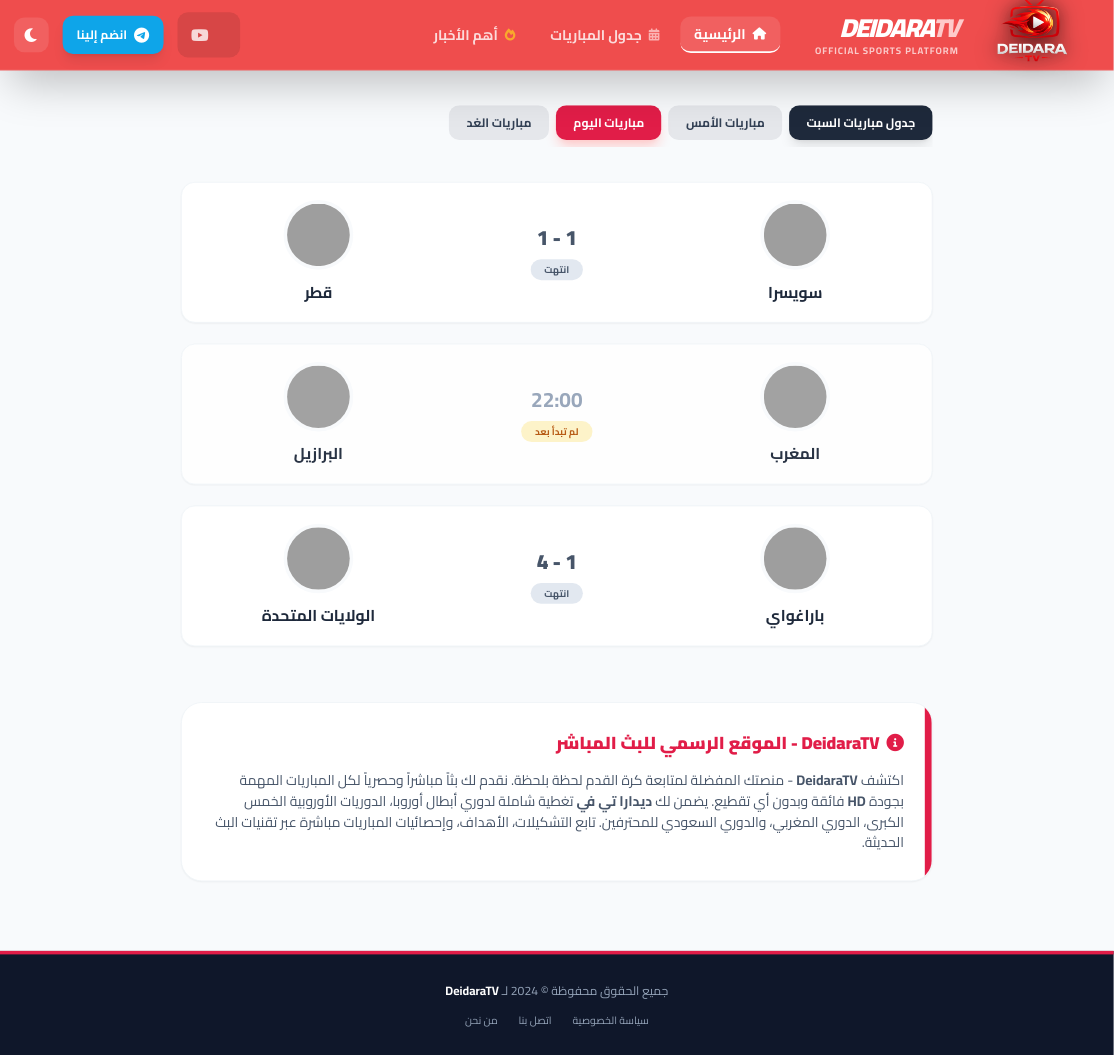
Repository: zakariax05/deidaraTV
Page: index.html
The author's editor kept a copy of each file at every save. The page is drawn from the files as they stood at one save, then again after the next save.
The browser window is 1280 px wide. The pictures show the whole page, at 87% of full size.
Pictures or frames that could not be fetched are drawn as grey boxes. Some web libraries are served in a nearby version.

Above is the page before, as saved 2026-06-14 02:24:20.

After the next save:
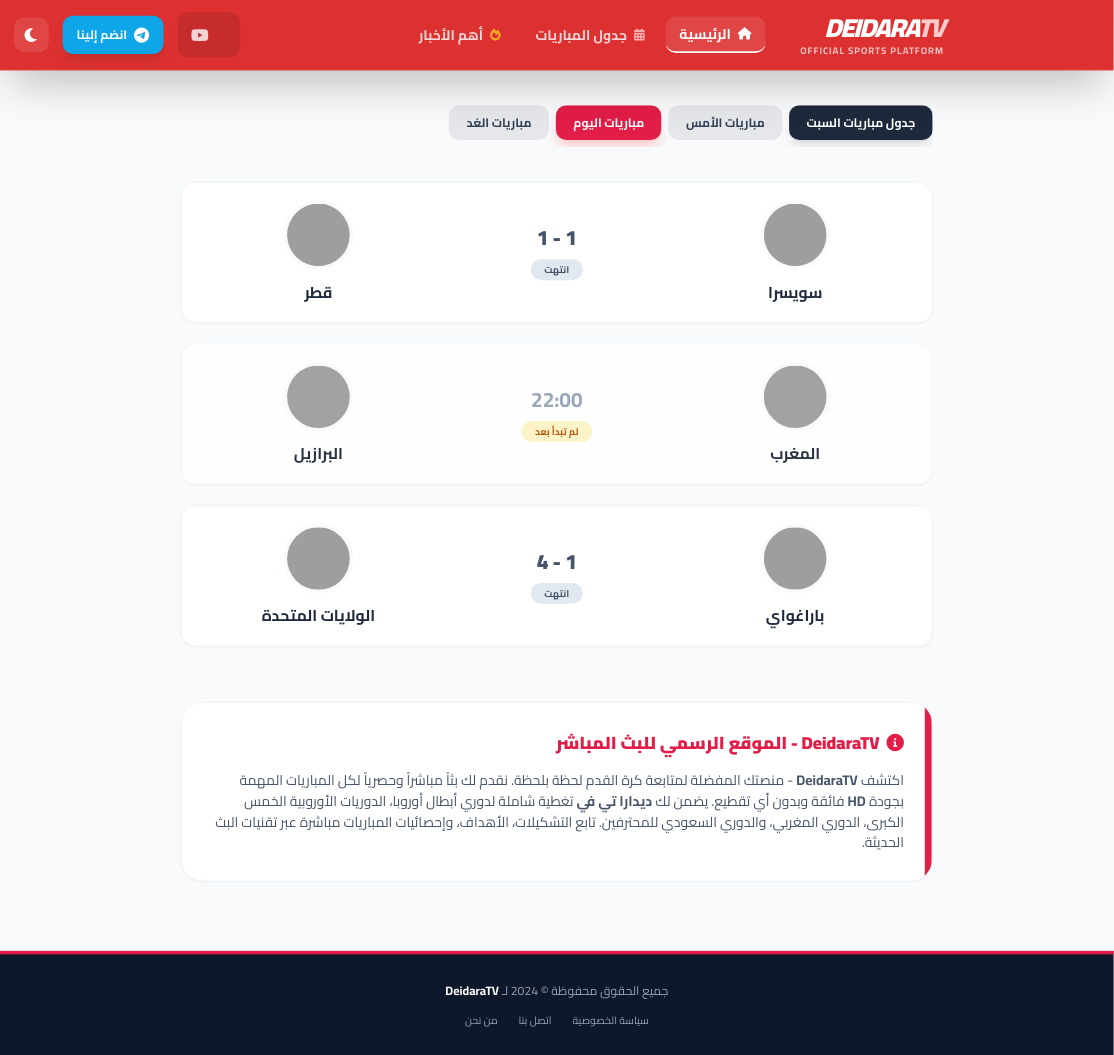
Not found: imgs/logo-deidaratv-badge.png
Saved 41 s later.
--- a/index.html
+++ b/index.html
@@ -43,7 +43,7 @@
   <!-- Header / الهيدر -->
   <!-- الهيدر المطور للرئيسية - DeidaraTV -->
   <header
-    class="bg-red-500 text-white shadow-2xl sticky top-0 z-[100] backdrop-blur-md bg-opacity-95 border-b border-white/10">
+    class="bg-red-600 text-white shadow-2xl sticky top-0 z-[100] backdrop-blur-md bg-opacity-95 border-b border-white/10">
     <div class="container mx-auto px-4">
       <div class="flex justify-between items-center h-16 md:h-20">
 
@@ -52,9 +52,8 @@
           <!-- اللوجو مع ميزة إعادة التحميل -->
           <div onclick="window.location.reload()"
             class="flex items-center gap-3 cursor-pointer group select-none transition-transform active:scale-95">
-            <img src="imgs/logo-deidaratv.png" alt="DeidaraTV Logo"
-              class="h-16 md:h-[150px] w-auto object-contain group-hover:brightness-110 transition-all"
-              style="filter: drop-shadow(0px 0px 12px rgba(0, 0, 0, 0.9));">
+            <img src="imgs/logo-deidaratv-badge.png" alt="DeidaraTV Logo Badge"
+              class="h-16 md:h-[150px] w-auto object-contain transition-all hover:scale-105">
             <div class="flex flex-col">
               <h1 class="text-xl md:text-3xl font-black italic tracking-tighter uppercase leading-none">
                 Deidara<span class="text-red-200">TV</span>

After the save that followed:
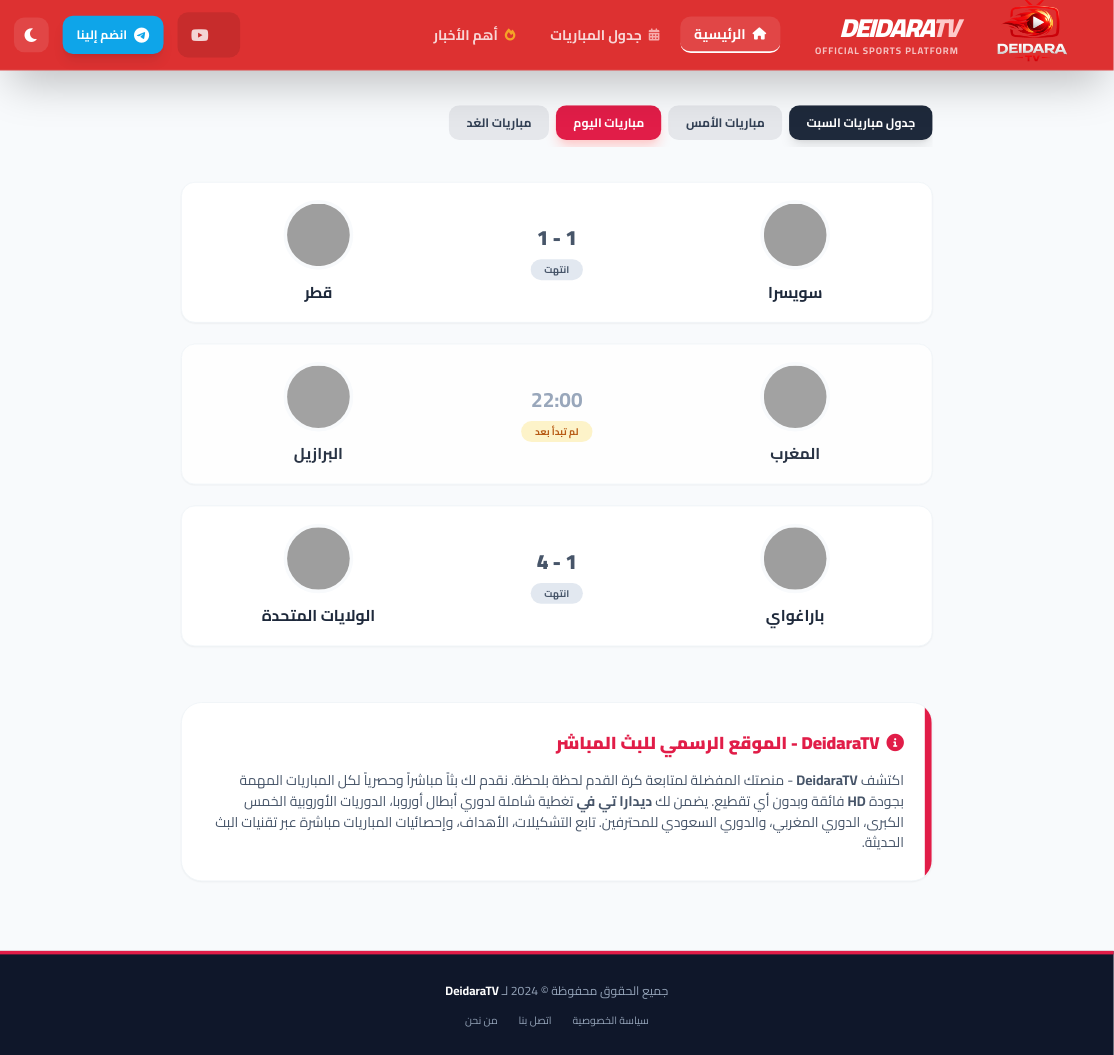
Saved 16 s later.
--- a/index.html
+++ b/index.html
@@ -52,7 +52,7 @@
           <!-- اللوجو مع ميزة إعادة التحميل -->
           <div onclick="window.location.reload()"
             class="flex items-center gap-3 cursor-pointer group select-none transition-transform active:scale-95">
-            <img src="imgs/logo-deidaratv-badge.png" alt="DeidaraTV Logo Badge"
+            <img src="imgs/logo-deidaratv.png" alt="DeidaraTV Logo Badge"
               class="h-16 md:h-[150px] w-auto object-contain transition-all hover:scale-105">
             <div class="flex flex-col">
               <h1 class="text-xl md:text-3xl font-black italic tracking-tighter uppercase leading-none">
